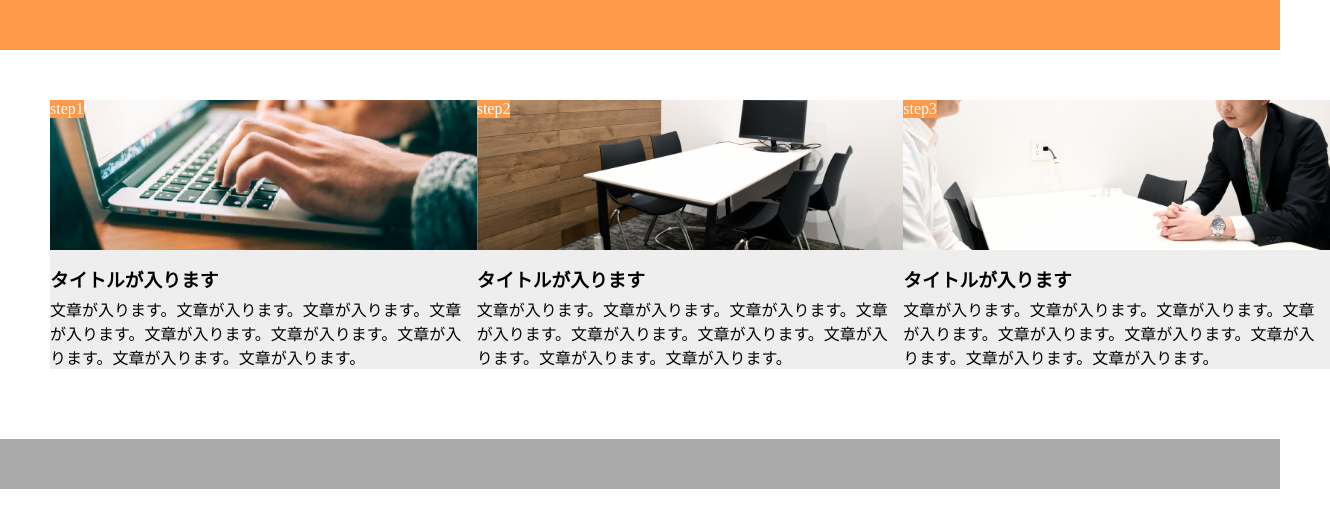
Repository: tttstk518/git-practice
Page: HTML/index.html
The author's editor kept a record of every edit. The page is drawn from the files as they stood at one moment, then again after the next edit.
The browser window is 1280 px wide. The page is 1330 px wide, then 1280 px, so the pictures cover 1330 px, including what lies to the right of the window. The pictures show the whole page.

Above is the page before.

After the next edit:
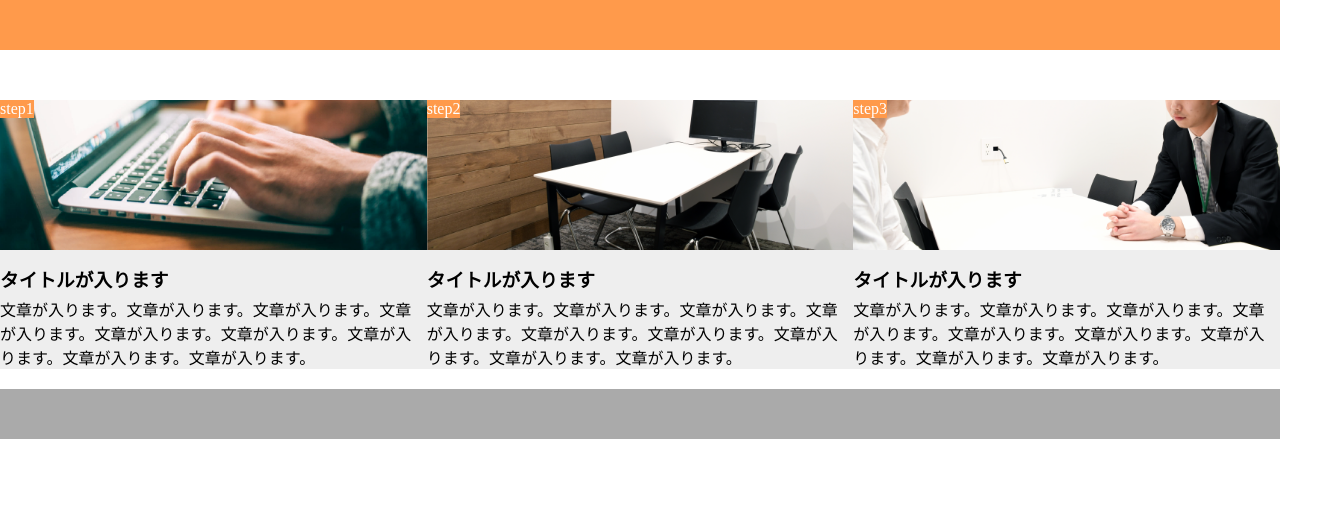
The edit:
--- a/HTML/style.css
+++ b/HTML/style.css
@@ -12,7 +12,7 @@
 
 main {
   width: 100%;
-  margin: 50px;
+  margin-top: 50px;
   display: flex;
 }
 
